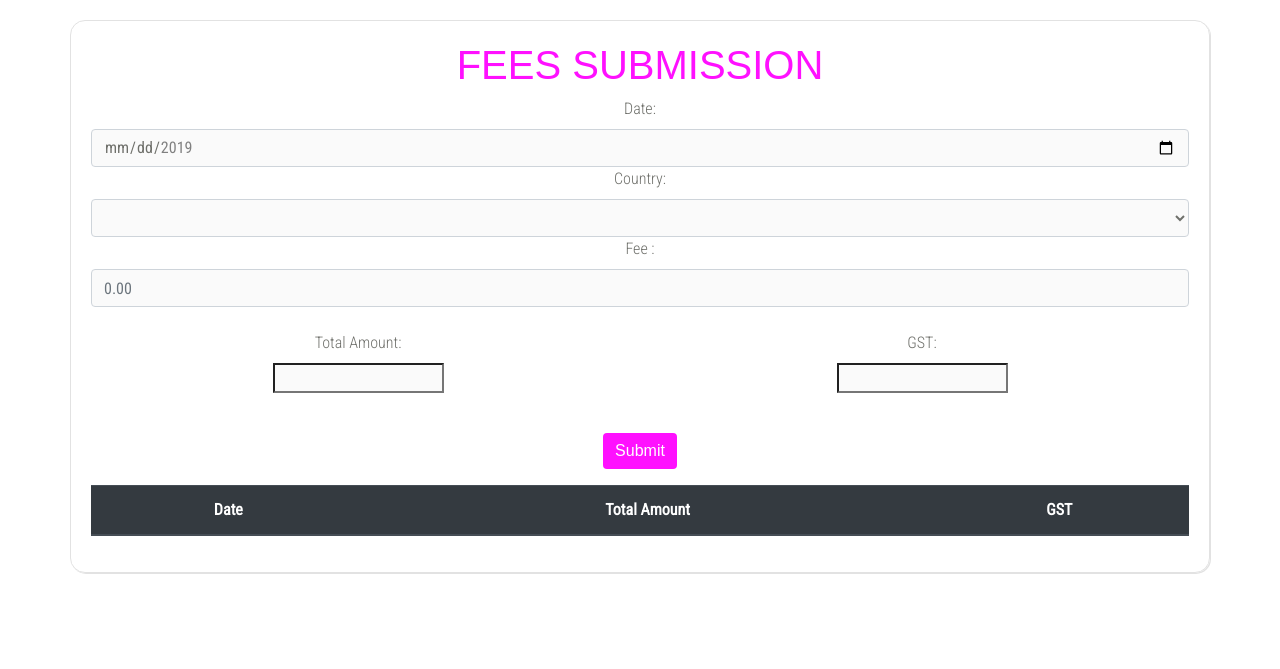
Repository: yucheng91/feesubmissionform
Page: http://localhost/
The author's editor kept a record of every edit. The page is drawn from the files as they stood at one moment, then again after the next edit.
The browser window is 1280 px wide. The pictures show the whole page.
Some web fonts or font styles are not loaded; a fallback is used. The page is served by the project's application, run on Flask 3 (app.py). Queries for data that is not in the repository find no rows.

Above is the page before.

### templates/index.html
<!doctype html>
<html lang="en">
  <head>
    <!-- Required meta tags -->
    <meta charset="utf-8">
    <meta name="viewport" content="width=device-width, initial-scale=1, shrink-to-fit=no">

    <!-- Bootstrap CSS -->
    <link rel="stylesheet" href="https://stackpath.bootstrapcdn.com/bootstrap/4.3.1/css/bootstrap.min.css" integrity="sha384-ggOyR0iXCbMQv3Xipma34MD+dH/1fQ784/j6cY/iJTQUOhcWr7x9JvoRxT2MZw1T" crossorigin="anonymous">

    <!-- custom -->
    <link href="https://fonts.googleapis.com/css?family=Aclonica|Chau+Philomene+One|Roboto+Condensed:300,400&display=swap" rel="stylesheet">
    <link href="https://fonts.googleapis.com/css?family=Miriam+Libre&display=swap" rel="stylesheet">
    <link rel="stylesheet" href="{{ url_for('static', filename='css/style.css') }}">
    <script type="text/javascript" src="{{ url_for('static', filename='js/script.js') }}"></script>

    <title>Fees Submission</title>
  </head>
  <body>

    <div class="container content">
      <div class="row">
        <div class="col">
          <h1>FEES SUBMISSION</h1>
        </div>
      </div>
      <div class="row">
        <div class="col">
          <form name="form" method='post'>
            <div class='form-group'>
              <label class='date'>
                      Date:
                  </label>
              <input type='date' class='form-control' name='date' title="date" min="2019-01-01" max="2019-12-31">
              <label class='label'>
                      Country:
                  </label>
              <select id="country" name='country' class='form-control selectpicker' data-live-search="true">
                          {%for d in country %}
                          <option value='{{ d['id'] }}' {%if d['id'] == id %}selected='selected'{%endif%}>{{ d['country'] }}</option>
                               {%endfor%}
              </select>
              <label class='label'>
                  Fee :
              </label>
              <input type='number' step="0.01" class='form-control' name='fee' placeholder='0.00' min="0.00" onkeyup="calculateGST()">
              <br>
              <div class="row">
                <div class="col-12 col-md-6">
                  <label class='label' >
                    Total Amount:
                  </label>
                  <br>
                  <input type="number" name="totalfee" readonly>
                </div>
                <div class="col-12 col-md-6">
                  <label class='label' >
                    GST:
                  </label>
                  <br>
                  <input type="number" name="gst" readonly>
                </div>
              </div>
                <br>
              <input type='submit' class='btn btn-dark mt-3'>
              </div>
          </form>
          </div>
        </div>
      <div class="row">
        <div class="col">
        <table class="table table-hover">
          <thead class="thead-dark">
            <tr>
              <th>Date</th>
              <th>Total Amount</th>
              <th>GST</th>
            </tr>
          </thead>
          {%for r in results%}
          <tr>
            <tbody>
              <td>
                {{ r['date'] }}
              </td>
              <td>
                {{ r['symbol'] }} {{ r['totalfee'] }}
              </td>
              <td>
                {{ r['gst'] }}
              </td>
            </tbody>
          </tr>
          {%endfor%}
        </table>
      </div>
      </div>
    </div>

    <!-- Optional JavaScript -->

    <!-- jQuery first, then Popper.js, then Bootstrap JS -->
    <script src="https://code.jquery.com/jquery-3.3.1.slim.min.js" integrity="sha384-q8i/X+965DzO0rT7abK41JStQIAqVgRVzpbzo5smXKp4YfRvH+8abtTE1Pi6jizo" crossorigin="anonymous"></script>
    <script src="https://cdnjs.cloudflare.com/ajax/libs/popper.js/1.14.7/umd/popper.min.js" integrity="sha384-UO2eT0CpHqdSJQ6hJty5KVphtPhzWj9WO1clHTMGa3JDZwrnQq4sF86dIHNDz0W1" crossorigin="anonymous"></script>
    <script src="https://stackpath.bootstrapcdn.com/bootstrap/4.3.1/js/bootstrap.min.js" integrity="sha384-JjSmVgyd0p3pXB1rRibZUAYoIIy6OrQ6VrjIEaFf/nJGzIxFDsf4x0xIM+B07jRM" crossorigin="anonymous"></script>
  </body>
</html>

### app.py
from flask import Flask, render_template, request, redirect, url_for
import os
import pymysql

connection = pymysql.connect(
    host='localhost',
    user="admin",
    password="password",
    database="fee_submission"
)

app = Flask(__name__)

@app.route('/')

def index():

    cursor = connection.cursor(pymysql.cursors.DictCursor)
    sql = "SELECT * FROM currency"
    cursor.execute(sql)
    country = []
    for r in cursor:
        country.append({
            'id' : r['id'],
            'country': r['country']
        })
    cursor.close()

    cursor = connection.cursor(pymysql.cursors.DictCursor)
    sql = "SELECT * FROM transaction JOIN currency ON transaction.currencyid = currency.id ORDER BY transaction.id"
    cursor.execute(sql)
    results = []
    for r in cursor:
         results.append(r)

    cursor.close()

    return render_template('index.html',country=country, results=results)

@app.route('/', methods=["POST"])

def add_fee():

    cursor = connection.cursor(pymysql.cursors.DictCursor)
    sql = "SELECT * FROM currency"
    cursor.execute(sql)
    country = []
    for r in cursor:
        country.append({
            'id' : r['id'],
            'country': r['country']
        })
    cursor.close()

    return redirect(url_for('index'))

# "magic code" -- boilerplate
if __name__ == '__main__':
    app.run(host=os.environ.get('IP'),
            port=int(os.environ.get('PORT')),
            debug=True)

### static/css/style.css
body {
    background-color:rgb(255,255,255);
}

.content {
    border: 1px solid rgb(226,226,226);
    border-radius:15px;
    padding: 20px;
    margin-top: 20px;
    text-align:center;
    font-family: 'Roboto Condensed', sans-serif;
    box-shadow: 1px 1px rgb(226,226,226);
    font-weight:300;
    color:rgb(111,112,107);
}

input {
    background-color:rgb(250,250,250);
    color:rgb(111,112,107);
}

.form-control {
    background-color:rgb(250,250,250);
    color:rgb(111,112,107);
}

h1 {
    color:rgb(255,16,255);
    font-family: 'Chau Philomene One', sans-serif;
}

.btn {
    font-family: 'Miriam Libre', sans-serif;
    background-color:rgb(255,16,255);
    border:0px;
}

### static/js/script.js
function calculateGST() {
    var feeStr =document.form.fee.value;
    if (!feeStr)
        feeStr = '0';
    var fee = parseFloat(feeStr);

    var country = document.getElementById("country").value;
    if (country != "Singapore"){
        var gstamt = 0;
    } else {
        gstamt = 0.07;
    }

    var gst = fee * gstamt ;
    var totalfee = fee + (fee * gstamt);

    document.form.gst.value = gst.toFixed(2);
    document.form.totalfee.value = totalfee.toFixed(2);
}

After the next edit:
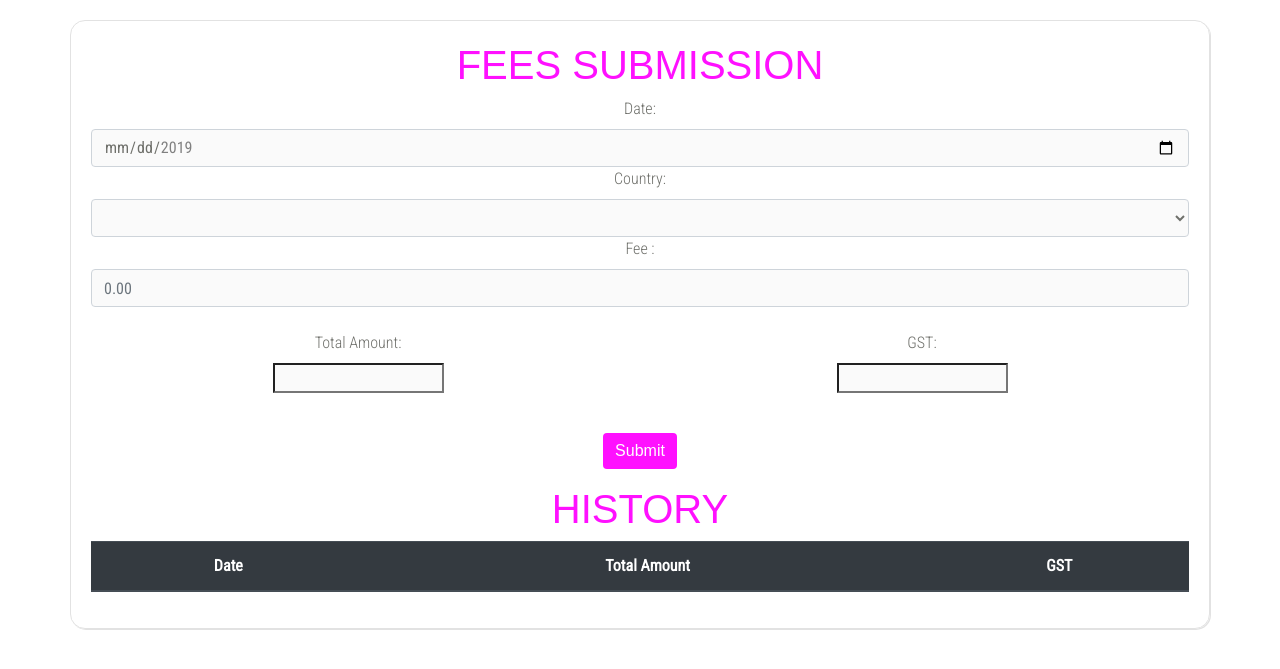
The edit:
--- a/templates/index.html
+++ b/templates/index.html
@@ -69,6 +69,7 @@
         </div>
       <div class="row">
         <div class="col">
+        <h1>HISTORY</h1>
         <table class="table table-hover">
           <thead class="thead-dark">
             <tr>
